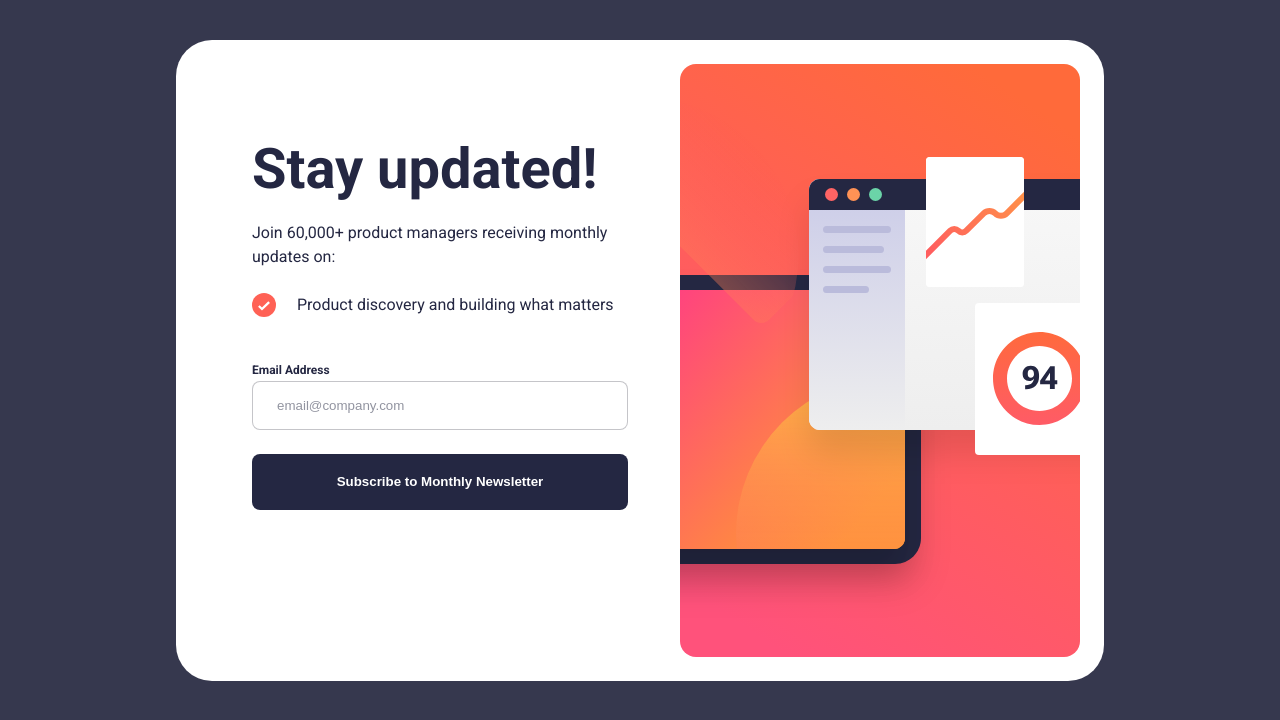
Repository: brandontaylor1/newsletter-signup
Page: index.html
An editor plug-in stored every save of this project. The page is shown before and after the next save, followed by the edit.
The browser window is 1280 px wide. The pictures show the whole page.

Above is the page before, as saved 2025-01-19 22:59:21.

### index.html
<!DOCTYPE html>
<html lang="en">
<head>
    <meta charset="UTF-8">
    <meta name="viewport" content="width=device-width, initial-scale=1.0">
    <link rel="preconnect" href="https://fonts.googleapis.com">
    <link rel="preconnect" href="https://fonts.gstatic.com" crossorigin>
    <link href="https://fonts.googleapis.com/css2?family=Roboto:ital,wght@0,100..900;1,100..900&display=swap" rel="stylesheet">
    <link rel="stylesheet" href="styles.css">
    <title>Newsletter Sign Up</title>
</head>
<body>
    <main class="container">
        <div class="card">
            <div class="card-content">
                <div class="card-content-text">
                    <h1>Stay updated!</h1>
                    <p>Join 60,000+ product managers receiving monthly updates on: </p>
                    <ul class="card-content-list">
                        <div class="list-item">
                            <img src="./assets/images/icon-list.svg" alt="list-image">
                            <li>Product discovery and building what matters</li>
                        </div>

                        <!-- <li>Measuring to ensure updates are a success</li>
                        <li>And much more!</li> -->
                    </ul>
                    <form id="form">
                        <div>
                            <label for="email" id="email-label">Email Address</label><br>
                            <input type="text" id="email" name="email" placeholder="email@company.com">
                        </div>
                        <button class="submit-btn">Subscribe to Monthly Newsletter</button>
                    </form>
                </div>
            </div>
            <div class="card-image">
                <img src="./assets/images/illustration-sign-up-desktop.svg" alt="desktop image">
            </div>
        </div>
    </main>


    <script type="text/javascript" src="dist/validator.min.js"></script>
    <script src="index.js"></script>
</body>
</html>

### styles.css
* {
    margin: 0;
    padding: 0;
    box-sizing: border-box;
}

:root {
    /* COLORS */

    --primary-color-tomato: hsl(4, 100%, 67%);
    --neutral-color-white: hsl(0, 0%, 100%);
    --neutral-color-darkGray: hsl(234, 29%, 20%);
    --neutral-color-charcoalGray: hsl(235, 18%, 26%);
    --neutral-color-gray: hsl(231, 7%, 60%);

    /* FONTS */
    --fontWeight-regular: 400;
    --fontWeight-heavy: 700;
}

body {
    font-family: "Roboto", sans-serif;
    font-size: 16px;
    line-height: 1.5;
}

.container {
    width: 100%;
    height: 100vh;
    background-color: var(--neutral-color-charcoalGray);
    display: flex;
    justify-content: center;
    align-items: center;
}

.card {
    height: 641px;
    width: 928px;
    background-color: var(--neutral-color-white);
    border-radius: 36px;
    display: grid;
    grid-template-columns: 1fr auto;
    grid-template-rows: 1fr;
    padding: 24px;
}

.card-content {
    display: flex;
    flex-direction: column;
    justify-content: center;
    align-items: center;
    padding: 40px;

}

.card-content-text {
    height: 446px;
    width: 376px;
    display: flex;
    flex-direction: column;
    align-items: left;
}

.card-content h1 {
    color: var(--neutral-color-darkGray);
    font-feature-settings: 'liga' off, 'clig' off;

    /* Heading */
    font-family: Roboto;
    font-size: 56px;
    font-style: normal;
    font-weight: 700;
    line-height: 100%; /* 56px */
}

.card-content p {
    padding: 24px 0;
    color: var(--neutral-color-darkGray);
    font-size: 16px;
    font-weight: 400;
    line-height: 150%; /* 24px */
    font-family: "Roboto", sans-serif;
}

.card-content-list {
    list-style-type: none;
}

.card-content-list li {
    margin-left: 21px;
    padding-bottom: 10px;
    color: var(--neutral-color-darkGray);
    /* Body */
    font-family: Roboto;
    font-size: 16px;
    font-style: normal;
    font-weight: 400;
    line-height: 150%; /* 24px */
}

.list-item {
    width: 100%;
    height: 24px;
    display: flex;
}

#form {
    margin-top: 40px;
}

label {
    color: var(--Dark-Navy, #242742);
    font-feature-settings: 'liga' off, 'clig' off;

    /* Body Small */
    font-family: Roboto;
    font-size: 12px;
    font-style: normal;
    font-weight: 700;
    line-height: 150%; /* 18px */
    margin-bottom: 8px;
}


#email {
    width: 100%;
    border-radius: 8px;
    border: 1px solid var(--grey-25, rgba(25, 24, 43, 0.25));
    padding: 16px 24px;
}

#email::placeholder {
    color: var(--neutral-color-gray);
}

.submit-btn {
    margin-top: 24px;
    width: 100%;
    height: 56px;
    padding: 16px 71px;
    border-radius: 8px;
    font-weight: 700;
    border: none;
    background: var(--neutral-color-darkGray);
    color: var(--neutral-color-white);
    cursor: pointer;
}

.submit-btn:hover {
    border-radius: 8px;
    background: var(--Gradient-1, linear-gradient(204deg, #FF6A3A 0%, #FF527B 100%));
    box-shadow: 0px 16px 32px 0px rgba(255, 97, 85, 0.50);
    cursor: pointer;
    transition: all 0.3s ease;
}

.card-image img {
    object-fit: contain;
    width: 400px;
}

### index.js
const form = document.querySelector('form');
const dismissBtn = document.querySelector('#dismiss-btn')

const handleSubmit = (e) => {
    e.preventDefault();
    const formData = new FormData(form);
    const data = Object.fromEntries(formData);
    console.log(data);
    form.reset();
    window.location.href = "success.html";

}

form.addEventListener('submit', handleSubmit);

After the next save:
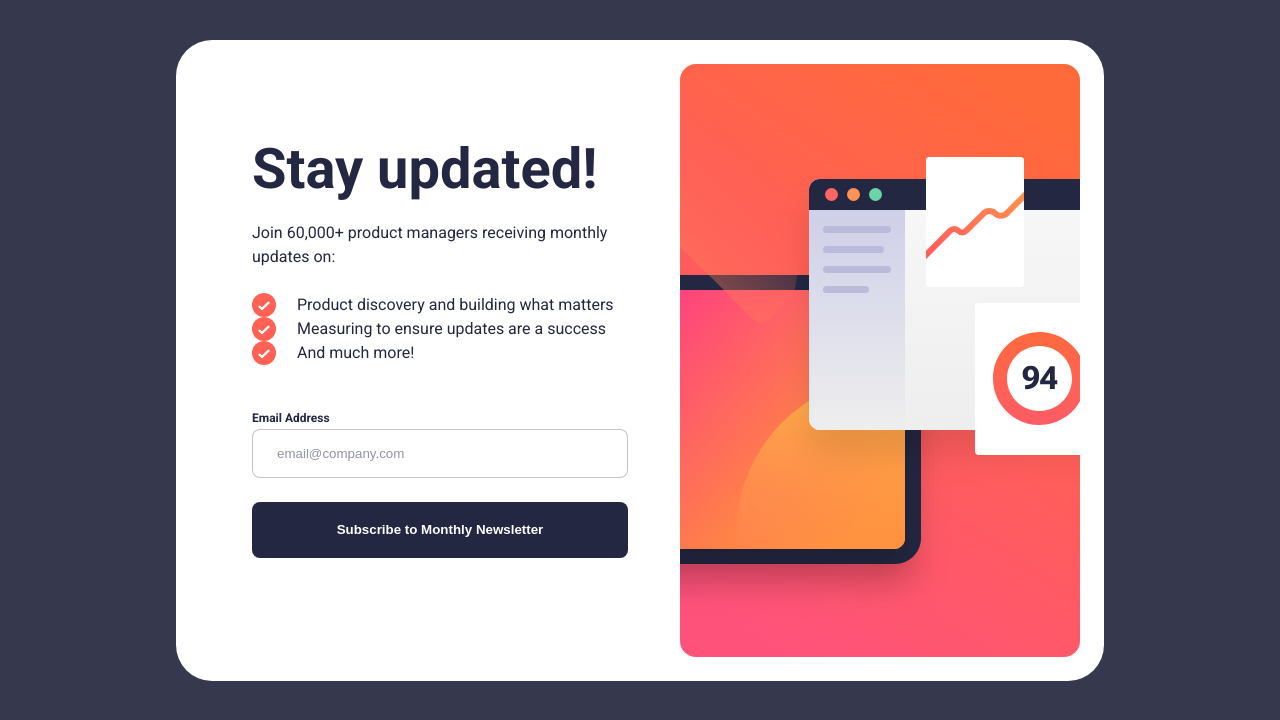
Saved 72 s later.
--- a/index.html
+++ b/index.html
@@ -18,8 +18,16 @@
                     <p>Join 60,000+ product managers receiving monthly updates on: </p>
                     <ul class="card-content-list">
                         <div class="list-item">
-                            <img src="./assets/images/icon-list.svg" alt="list-image">
+                            <img src="./assets/images/icon-list.svg" alt="list-image1">
                             <li>Product discovery and building what matters</li>
+                        </div>
+                        <div class="list-item">
+                            <img src="./assets/images/icon-list.svg" alt="list-image2">
+                            <li>Measuring to ensure updates are a success</li>
+                        </div>
+                        <div class="list-item">
+                            <img src="./assets/images/icon-list.svg" alt="list-image3">
+                            <li>And much more!</li>
                         </div>
 
                         <!-- <li>Measuring to ensure updates are a success</li>
